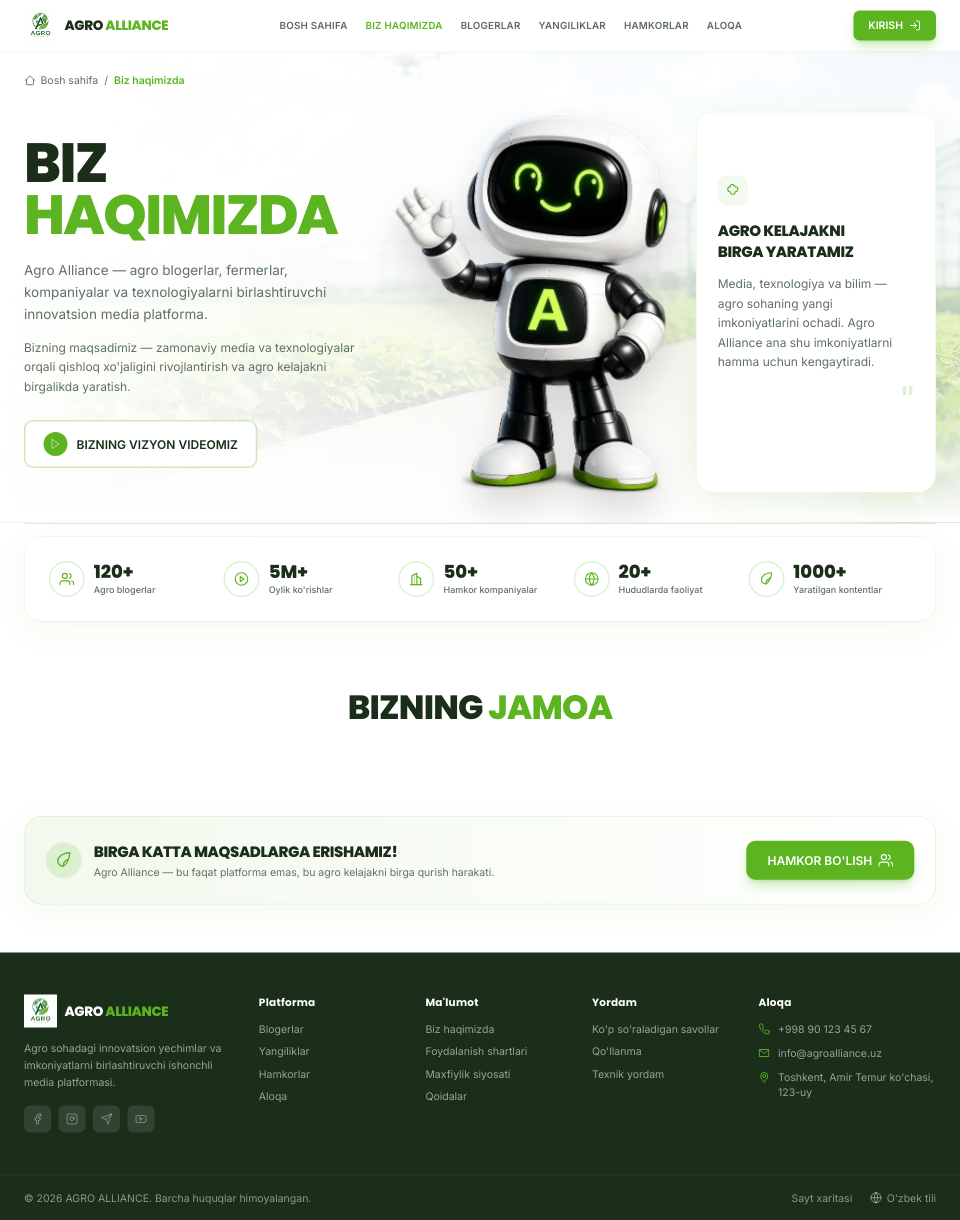
Repository: uzgroww-oss/agro-alliance
Page: /about
An editor plug-in stored every save of this project. The page is shown before and after the next save, followed by the edit.
The browser window is 1280 px wide. The pictures show the whole page, at 75% of full size.
The page's requests for data from a server got no answer. The project was rebuilt for these pictures with package versions that can differ from the ones it lists, and the page was loaded fresh each time. No one was signed in, and anything a server would have sent is missing. Also part of the build but not shown: vite.config.ts, src/lib/error-boundary.tsx, src/pages/Home.tsx, src/lib/bloggers.ts, src/pages/Bloggers.tsx, src/pages/BloggerProfile.tsx, src/pages/Platform.tsx, src/lib/news.ts and 15 more.

Above is the page before, as saved 2026-07-13 01:02:53.

After the next save:
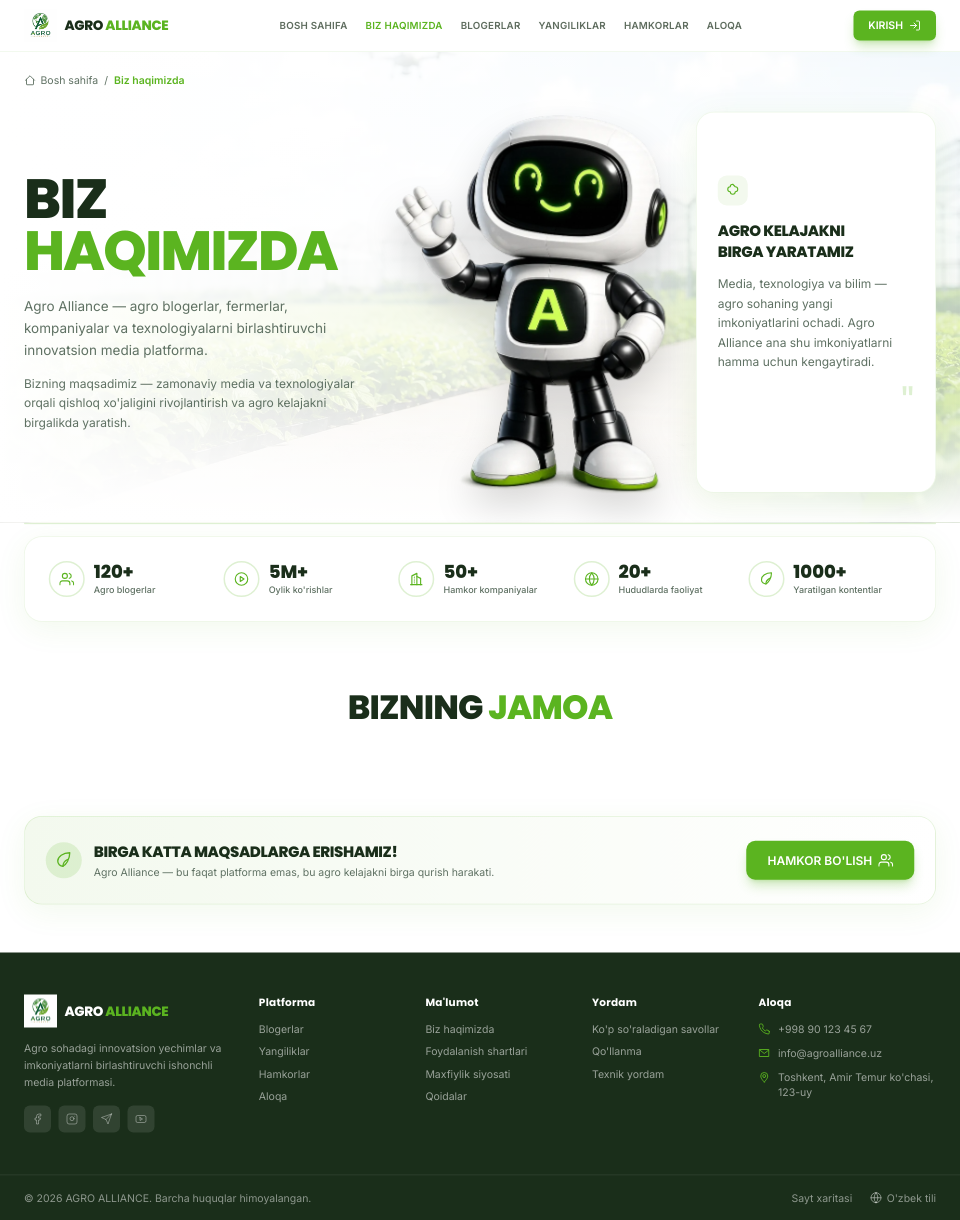
Saved 9 h 29 min later.
--- a/src/pages/About.tsx
+++ b/src/pages/About.tsx
@@ -55,14 +55,7 @@ function Hero() {
                 xo'jaligini rivojlantirish va agro kelajakni birgalikda yaratish.
               </p>
             </Reveal>
-            <Reveal delay={240}>
-              <a href="#" className="mt-8 inline-flex w-fit items-center gap-3 rounded-xl border-2 border-green/30 bg-white px-6 py-3.5 font-bold text-ink transition-colors hover:border-green hover:text-green">
-                <span className="grid h-8 w-8 place-items-center rounded-full bg-green text-white">
-                  <Icon d="M5 3l14 9-14 9V3z" className="h-4 w-4" sw={1} />
-                </span>
-                BIZNING VIZYON VIDEOMIZ
-              </a>
-            </Reveal>
+
           </div>
 
           <div className="relative hidden items-center justify-center xl:flex">
